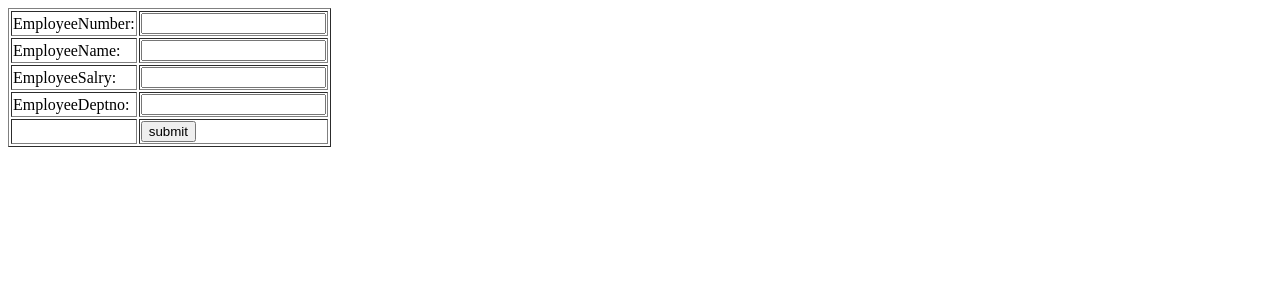
Repository: pramodwus/SpringBoot-Security
Page: http://localhost/Boot-EMS/addEmployee.jsp
The author's editor kept a copy of each file at every save. The page is drawn from the files as they stood at one save, then again after the next save.
The browser window is 1280 px wide. The pictures show the whole page.
The page is served by Tomcat 9.

Above is the page before, as saved 2019-04-19 12:28:50.

After the next save:
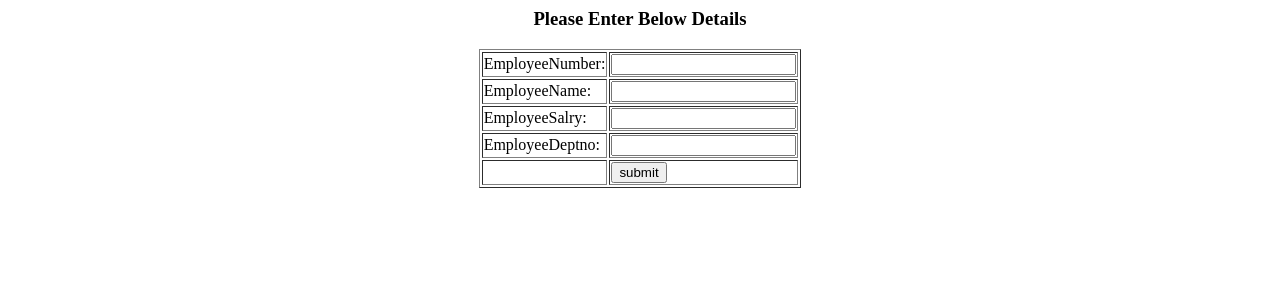
Saved 99 s later.
--- a/Boot-EMS/src/main/webapp/addEmployee.jsp
+++ b/Boot-EMS/src/main/webapp/addEmployee.jsp
@@ -2,6 +2,8 @@
 <head>
 </head>
 <body>
+<center>
+<h3>Please Enter Below Details</h3>
 <table border=1>
 <form action="insert" method="post">
 <tr><td>EmployeeNumber:</td><td><input type="text" name="empNo"></td></tr>
@@ -11,5 +13,6 @@
 <tr><td></td><td><input type="submit" value="submit"></td>
 </form>
 </table>
+</center>
 </body>
 </html>
